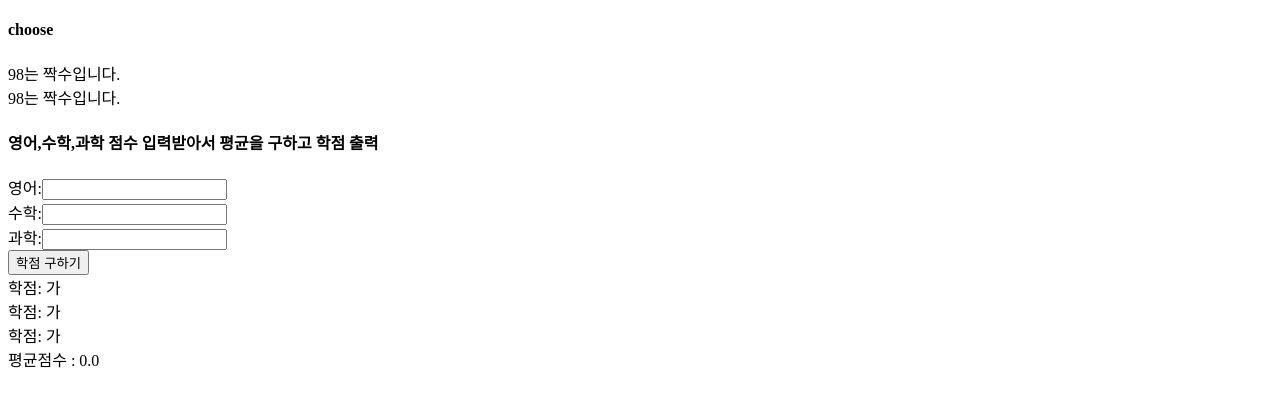
Repository: parkho96/testnum2
Page: http://localhost/jspstudy/11JSTL/Choose.jsp
An editor plug-in stored every save of this project. The page is shown before and after the next save, followed by the edit.
The browser window is 1280 px wide. The pictures show the whole page.
The page is served by Tomcat 9. Other server files are loaded and not shown.

Above is the page before, as saved 2023-04-10 02:59:46.

### workjsp/jspstudy/src/main/webapp/11JSTL/Choose.jsp
<%@ page language="java" contentType="text/html; charset=UTF-8"
    pageEncoding="UTF-8"%>
<%@ taglib prefix="c" uri="http://java.sun.com/jsp/jstl/core" %>
<!DOCTYPE html>
<html>
<head>
<meta charset="UTF-8">
<title>JSTL core choose/when/otherwise</title>
</head>
<body>

	<c:set var="num" value= "98"/>

	<h4>choose</h4>

	<c:choose>
		<c:when test="${num mod 2 eq 0}">
			${num}는 짝수입니다.
		</c:when>
		<c:when test="${num mod 2 eq 1}">
			${num}는 홀수입니다.
		</c:when>
	</c:choose>
	<br>
	<c:choose>
		<c:when test="${num mod 2 eq 0}">
			${num}는 짝수입니다.
		</c:when>
		<c:otherwise>
			${num}는 홀수입니다.
		</c:otherwise>
	</c:choose>


	<h4>영어,수학,과학 점수 입력받아서 평균을 구하고 학점 출력</h4>
	<form>
		영어:<input type="text" name="eng" /><br>
		수학:<input type="text" name="math" /><br>
		과학:<input type="text" name="esc" /><br>
		<input type="submit" value="학점 구하기"/>
	</form>
	<!-- 90이상 수, 80이상 우, 70이상 미, 60이상 양, 나머지 가 -->
	<!-- 평균점수 : ??? / 학점 : ?? -->

	학점:
	<c:choose>
		<c:when test="${param.eng > 90}">수</c:when>
		<c:when test="${param.eng > 80}">우</c:when>
		<c:when test="${param.eng > 70}">미</c:when>
		<c:when test="${param.eng > 60}">양</c:when>
		<c:otherwise>가</c:otherwise>
	</c:choose>
	<br>
	학점:
	<c:choose>
		<c:when test="${param.math > 90}">수</c:when>
		<c:when test="${param.math > 80}">우</c:when>
		<c:when test="${param.math > 70}">미</c:when>
		<c:when test="${param.math > 60}">양</c:when>
		<c:otherwise>가</c:otherwise>
	</c:choose>
	<br>
	학점:
	<c:choose>
		<c:when test="${param.esc > 90}">수</c:when>
		<c:when test="${param.esc > 80}">우</c:when>
		<c:when test="${param.esc > 70}">미</c:when>
		<c:when test="${param.esc > 60}">양</c:when>
		<c:otherwise>가</c:otherwise>
	</c:choose>

	<br>
	평균점수 : ${(param.eng+param.math+param.esc)/3}


</body>
</html>

After the next save:
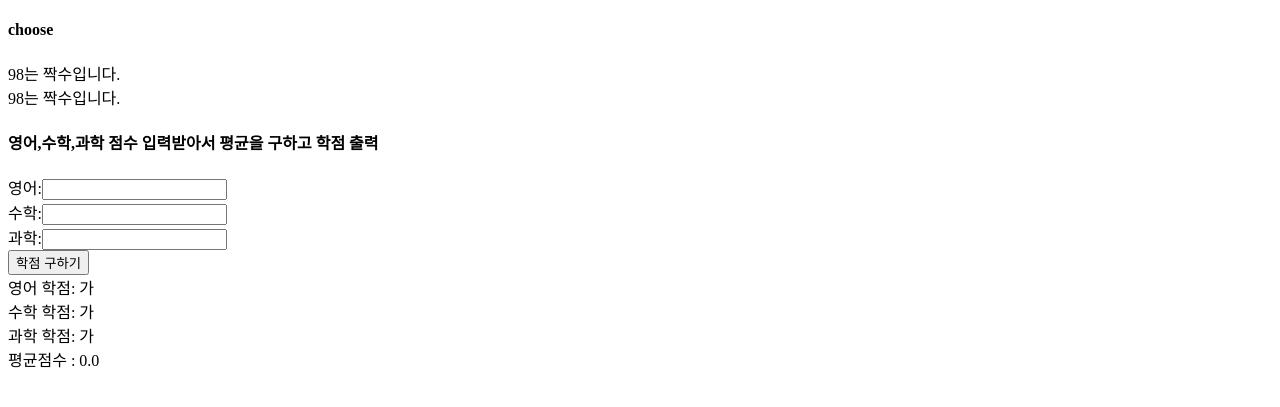
Saved 42 s later.
--- a/workjsp/jspstudy/src/main/webapp/11JSTL/Choose.jsp
+++ b/workjsp/jspstudy/src/main/webapp/11JSTL/Choose.jsp
@@ -42,7 +42,7 @@
 	<!-- 90이상 수, 80이상 우, 70이상 미, 60이상 양, 나머지 가 -->
 	<!-- 평균점수 : ??? / 학점 : ?? -->
 
-	학점:
+	영어 학점:
 	<c:choose>
 		<c:when test="${param.eng > 90}">수</c:when>
 		<c:when test="${param.eng > 80}">우</c:when>
@@ -51,7 +51,7 @@
 		<c:otherwise>가</c:otherwise>
 	</c:choose>
 	<br>
-	학점:
+	수학 학점:
 	<c:choose>
 		<c:when test="${param.math > 90}">수</c:when>
 		<c:when test="${param.math > 80}">우</c:when>
@@ -60,7 +60,7 @@
 		<c:otherwise>가</c:otherwise>
 	</c:choose>
 	<br>
-	학점:
+	과학 학점:
 	<c:choose>
 		<c:when test="${param.esc > 90}">수</c:when>
 		<c:when test="${param.esc > 80}">우</c:when>
